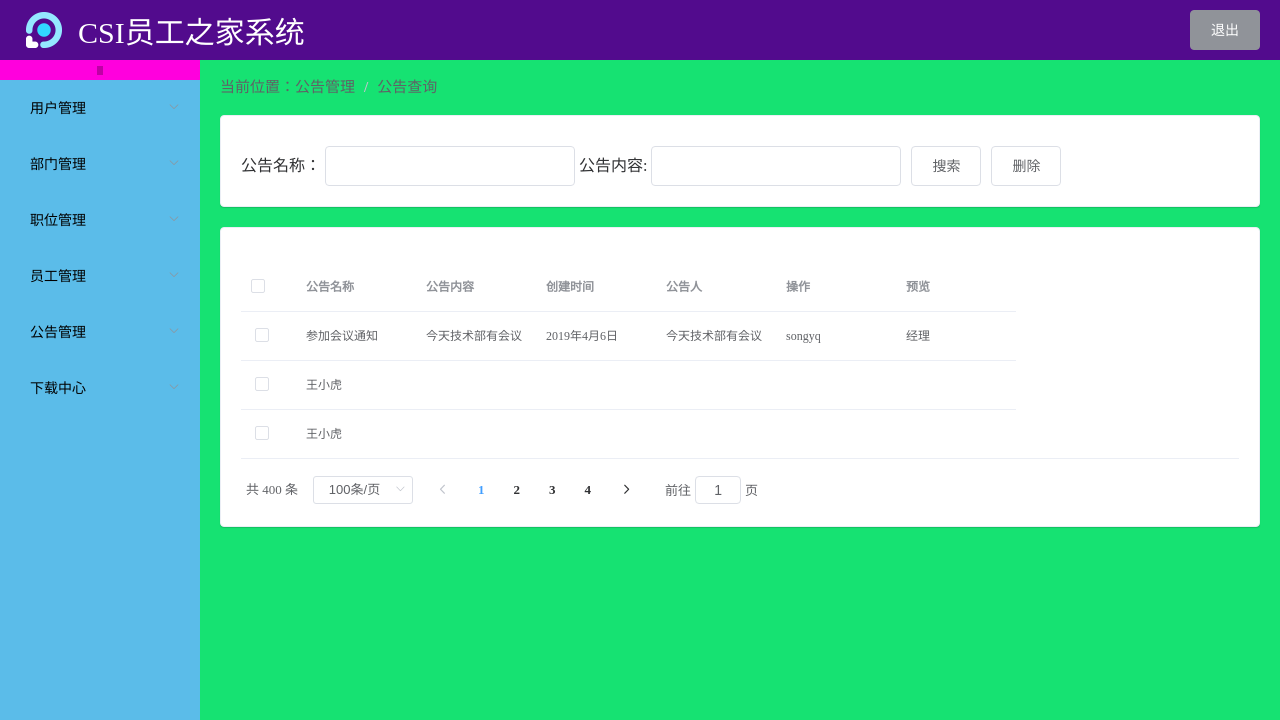
Repository: YUNjwyao/vue_hrm
Page: /#/notice
The author's editor kept a copy of each file at every save. The page is drawn from the files as they stood at one save, then again after the next save.
The browser window is 1280 px wide. The pictures show the whole page.
The project was rebuilt for these pictures with package versions that can differ from the ones it lists, and the page was loaded fresh each time. Also part of the build but not shown: src/components/Login.vue, src/components/Face/Face.vue, src/components/Employee/EmployeeQuery.vue, src/components/Employee/ShowAddEmployee.vue, src/components/Employee/ShowUpdateEmployee.vue, src/components/Notice/ShowUpdateNotice.vue, src/components/Notice/ShowAddNotice.vue, src/components/Document/Document.vue and 2 more.

Above is the page before, as saved 2020-10-16 10:59:14.

After the next save:
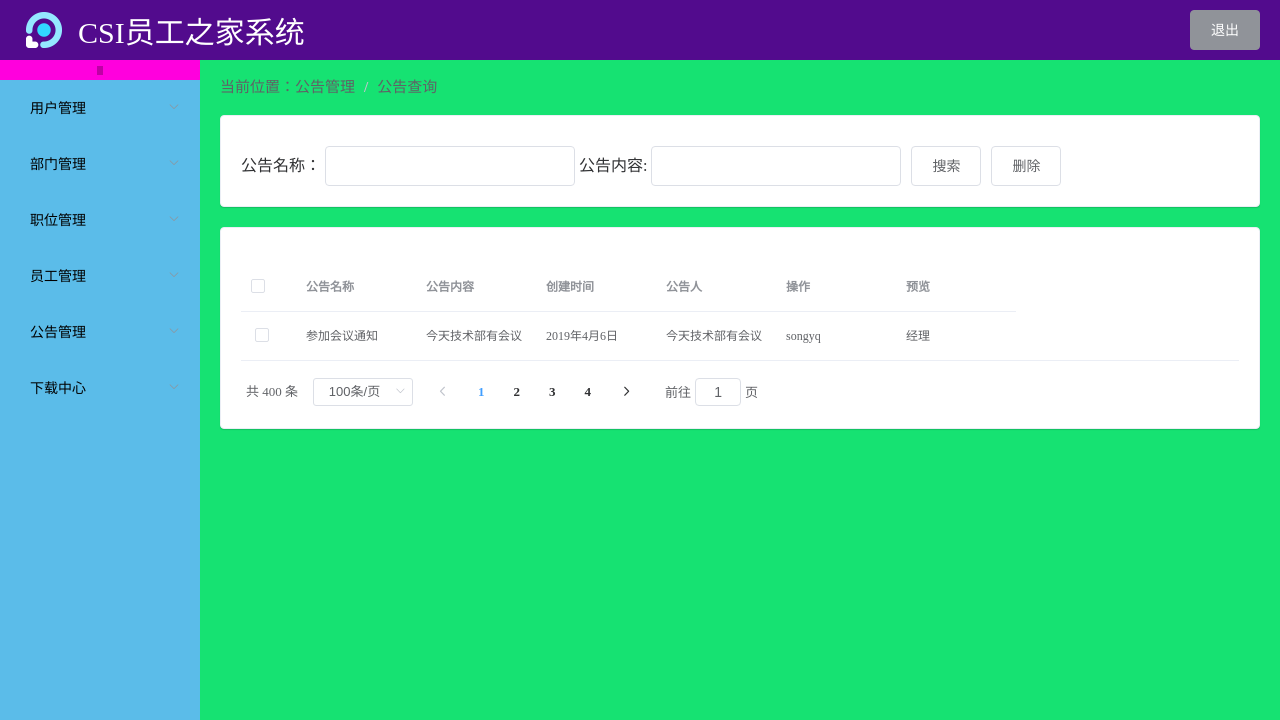
Saved 27 s later.
--- a/src/components/Notice/Notice.vue
+++ b/src/components/Notice/Notice.vue
@@ -99,17 +99,7 @@ export default {
           door: "技术部",
           address: "上海市普陀区金沙江路 1518 弄",
           date: "2016-12-03",
-        },
-        {
-          date: "2016-05-02",
-          name: "王小虎",
-          address: "上海市普陀区金沙江路 1518 弄",
-        },
-        {
-          date: "2016-05-04",
-          name: "王小虎",
-          address: "上海市普陀区金沙江路 1518 弄",
-        },
+        }
       ],
       multipleSelection: [],
     };
